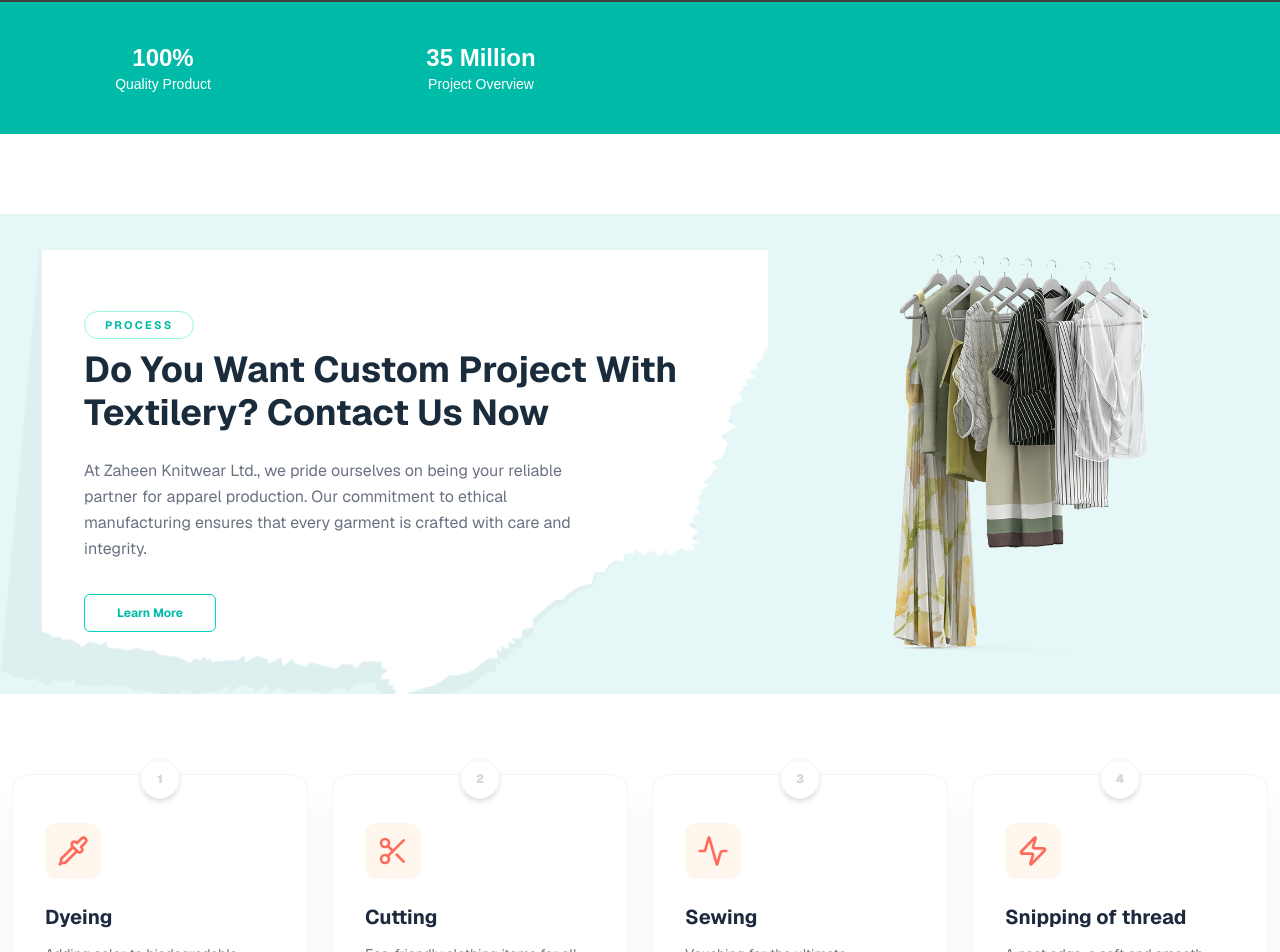
Repository: mdmuhibullahhabib/fullstack-assessment
Page: /
The author's editor kept a copy of each file at every save. The page is drawn from the files as they stood at one save, then again after a run of saves.
The browser window is 1280 px wide. The pictures show the part of the page from y = 576 to 1528 px (the page is 3025 px tall before and 3305 px after).
Pictures or frames that could not be fetched are drawn as grey boxes. The project was rebuilt for these pictures with package versions that can differ from the ones it lists, and the page was loaded fresh each time. The framework's server and built-in components were replaced by stand-ins that run in the browser. Also part of the build but not shown: next.config.mjs.

Above is the page before, as saved 2025-12-27 10:29:04.

### src/app/layout.js
import { Geist, Geist_Mono } from "next/font/google";
import "./globals.css";
import Navbar from "@/components/shared/Navbar";
import Footer from "@/components/shared/Footer";

const geistSans = Geist({
  variable: "--font-geist-sans",
  subsets: ["latin"],
});

const geistMono = Geist_Mono({
  variable: "--font-geist-mono",
  subsets: ["latin"],
});

export const metadata = {
  title: "Create Next App",
  description: "Generated by create next app",
};

export default function RootLayout({ children }) {
  return (
    <html lang="en">
      <body
        className={`${geistSans.variable} ${geistMono.variable} antialiased`}
      >
        <Navbar/>
        {children}
        <Footer/>
      </body>
    </html>
  );
}

### src/app/page.js
import Apparel from "@/components/home/Apparel";
import CustomProcess from "@/components/home/CustomProcess";
import Hero from "@/components/home/hero";
import Stats from "@/components/home/Stats";


export default function Home() {
  return (
    <>
      <Hero />
      <Stats />
      <CustomProcess />
      <Apparel />
    </>
  );
}

### src/components/shared/Navbar.jsx
"use client";

import Link from "next/link";
import { Menu, X, ShoppingCart, User } from "lucide-react";
import { useState } from "react";

export default function Navbar() {
  const [open, setOpen] = useState(false);

  return (
    <header className="w-full">
      {/* ===== Top Bar ===== */}
      <div className="bg-teal-500 text-white text-sm">
        <div className="max-w-7xl mx-auto flex justify-between items-center px-4 py-2">
          <p>📍 Kashimpur, Gazipur Sadar / Gazipur</p>
          <div className="flex items-center gap-4">
            <span>📞 +880 01713-027875</span>
            <div className="flex gap-2">
              <span>f</span>
              <span>x</span>
              <span>▶</span>
              <span>📷</span>
            </div>
          </div>
        </div>
      </div>

      {/* ===== Main Navbar ===== */}
      <div className="bg-white shadow">
        <div className="max-w-7xl mx-auto flex items-center justify-between px-4 py-4">

          {/* Logo */}
          <Link href="/" className="flex items-center gap-2">
            <div className="w-10 h-10 bg-green-500 rounded flex items-center justify-center text-white font-bold">
              Z
            </div>
            <span className="font-bold text-lg text-gray-800">
              Company
            </span>
          </Link>

          {/* Desktop Menu */}
          <nav className="hidden md:flex items-center gap-8 text-gray-700 font-medium">
            <Link href="/">Home</Link>
            <Link href="/about">About Us</Link>
            <Link href="/services">Our Services</Link>
            <Link href="/products">Our Products</Link>
            <Link href="/blogs">Blogs</Link>
          </nav>

          {/* Right Actions */}
          <div className="hidden md:flex items-center gap-4">
            <ShoppingCart className="cursor-pointer" />
            <div className="w-8 h-8 bg-red-500 rounded-full flex items-center justify-center text-white">
              M
            </div>
            <Link
              href="/contact"
              className="bg-orange-500 text-white px-4 py-2 rounded"
            >
              Contact Us
            </Link>
          </div>

          {/* Mobile Menu Button */}
          <button
            onClick={() => setOpen(!open)}
            className="md:hidden"
          >
            {open ? <X /> : <Menu />}
          </button>
        </div>

        {/* ===== Mobile Menu ===== */}
        {open && (
          <div className="md:hidden bg-white border-t">
            <nav className="flex flex-col gap-4 px-4 py-4 text-gray-700">
              <Link href="/">Home</Link>
              <Link href="/about">About Us</Link>
              <Link href="/services">Our Services</Link>
              <Link href="/products">Our Products</Link>
              <Link href="/blogs">Blogs</Link>

              <div className="flex items-center gap-4 pt-4">
                <ShoppingCart />
                <User />
                <Link
                  href="/contact"
                  className="bg-orange-500 text-white px-4 py-2 rounded"
                >
                  Contact Us
                </Link>
              </div>
            </nav>
          </div>
        )}
      </div>
    </header>
  );
}

### src/components/shared/Footer.jsx
import Image from "next/image";
import Link from "next/link";

export default function Footer() {
  return (
    <footer className="bg-[#f8f8f8] border-t">
      <div className="max-w-7xl mx-auto px-4 py-12">

        {/* ===== Top Section ===== */}
        <div className="grid grid-cols-1 md:grid-cols-4 gap-10">

          {/* Logo & Contact */}
          <div className="space-y-4">
            <div className="flex items-center gap-3">
              <Image src="/logo.png" alt="logo" width={48} height={48} />
              <Image src="/logo2.png" alt="logo2" width={48} height={48} />
            </div>

            <p className="text-sm text-gray-600 flex gap-2">
              📍 29 SE 2nd Ave, Miami, FL 33131, United States
            </p>
            <p className="text-sm text-gray-600">
              ✉ info@zaheen.com
            </p>
            <p className="text-sm font-semibold">
              📞 (+92) 3942 7879
            </p>
          </div>

          {/* Pages */}
          <div>
            <h4 className="font-semibold mb-4 uppercase text-sm">Pages</h4>
            <ul className="space-y-2 text-sm text-gray-600">
              <li><Link href="#">About Us</Link></li>
              <li><Link href="#">Our Services</Link></li>
              <li><Link href="#">Our Products</Link></li>
            </ul>
          </div>

          {/* Information */}
          <div>
            <h4 className="font-semibold mb-4 uppercase text-sm">Information</h4>
            <ul className="space-y-2 text-sm text-gray-600">
              <li><Link href="#">My Account</Link></li>
              <li><Link href="#">Corporate Enquiries</Link></li>
              <li><Link href="#">FAQs</Link></li>
            </ul>
          </div>
        </div>

        {/* ===== Payment Channels (SAME ROW STYLE) ===== */}
        <div className="mt-10">
          <h4 className="font-semibold text-sm mb-4">PAYMENT CHANNELS</h4>

          <div className="flex flex-wrap gap-3">
            {[
              "visa",
              "mastercard",
              "amex",
              "bKash",
              "nagad",
              "rocket",
              "upay",
              "tap",
              "citybank",
              "bracbank",
              "easternbank",
              "standardchartered",
            ].map((logo) => (
              <div
                key={logo}
                className="bg-white border rounded-md px-4 py-2 flex items-center justify-center"
              >
                <Image
                  src={`/payments/${logo}.png`}
                  alt={logo}
                  width={48}
                  height={28}
                  className="object-contain"
                />
              </div>
            ))}
          </div>
        </div>

        {/* ===== Bottom Bar ===== */}
        <div className="border-t mt-10 pt-6 flex flex-col md:flex-row justify-between items-center gap-4 text-sm text-gray-600">

          <p>
            Copyright ©{" "}
            <span className="text-orange-500 font-medium">
              360D Soul Limited
            </span>{" "}
            2025. All rights reserved.
          </p>

          <div className="flex gap-4 text-lg">
            <span>f</span>
            <span>x</span>
            <span>📷</span>
          </div>

          <div className="flex gap-4">
            <Link href="#">Terms & Condition</Link>
            <Link href="#">Privacy & Policy</Link>
            <Link href="#">Refund Policy</Link>
          </div>
        </div>

      </div>
    </footer>
  );
}

### src/components/home/Apparel.jsx
export default function Apparel() {
  const products = [
    {
      name: "Denim Jacket",
      price: "$10.00",
      img: "https://images.unsplash.com/photo-1520975916090-3105956dac38",
    },
    {
      name: "Hoodie",
      price: "$12.00",
      img: "https://images.unsplash.com/photo-1520974735194-6c9c0c13ed3d",
    },
    {
      name: "T-Shirt",
      price: "$8.00",
      img: "https://images.unsplash.com/photo-1583743814966-8936f5b7be1a",
    },
  ];

  return (
    <section className="bg-gray-50 py-16">
      <div className="max-w-7xl mx-auto px-4">
        <h2 className="text-2xl font-bold mb-8">Our Apparels</h2>

        <div className="grid sm:grid-cols-2 md:grid-cols-3 gap-6">
          {products.map((p, i) => (
            <div key={i} className="bg-white border rounded overflow-hidden">
              <img src={p.img} className="h-56 w-full object-cover" />
              <div className="p-4">
                <h3 className="font-semibold">{p.name}</h3>
                <p className="text-sm text-gray-600">{p.price}</p>
                <button className="mt-3 w-full bg-teal-500 text-white py-2 rounded">
                  Add to Cart
                </button>
              </div>
            </div>
          ))}
        </div>
      </div>
    </section>
  );
}

### src/components/home/CustomProcess.jsx
"use client"
import Image from "next/image";
import { Scissors, Pipette, Zap, Activity, Repeat, ClipboardCheck, Box } from "lucide-react";
import bgImage from "../../../public/home/ProcessImage-1.png";
import rightImage from "../../../public/home/ProcessImage-2.png";

export default function CustomProcess() {
    const steps = [
        { number: 1, title: "Dyeing", desc: "Adding color to biodegradable materials.", icon: <Pipette className="w-8 h-8 text-[#FF6B5B]" /> },
        { number: 2, title: "Cutting", desc: "Eco-friendly clothing items for all shapes and sizes.", icon: <Scissors className="w-8 h-8 text-[#FF6B5B]" /> },
        { number: 3, title: "Sewing", desc: "Vouching for the ultimate sturdiness and durability of the fabric.", icon: <Activity className="w-8 h-8 text-[#FF6B5B]" /> },
        { number: 4, title: "Snipping of thread", desc: "A neat edge, a soft and smooth finish.", icon: <Zap className="w-8 h-8 text-[#FF6B5B]" /> },
        { number: 5, title: "Ironing", desc: "Ironing it before shipping.", icon: <Repeat className="w-8 h-8 text-[#FF6B5B]" /> },
        { number: 6, title: "Checking", desc: "Going through each clothing piece to ensure supreme quality standards are met.", icon: <ClipboardCheck className="w-8 h-8 text-[#FF6B5B]" /> },
        { number: 7, title: "Package", desc: "Folding and packing with the utmost care.", icon: <Box className="w-8 h-8 text-[#FF6B5B]" /> },
    ];

    return (
        <section className="bg-white py-20  font-sans">
            <div className=" mx-auto">

                {/* ===== TOP SECTION ===== */}
                <div className="relative bg-[#E6F7F8] overflow-hidden flex flex-col md:flex-row items-stretch mb-20 ">

                    {/* Left Content Box (White with bgImage and Torn Edge) */}
                    <div
                        className="relative w-full md:w-[60%] p-10 mt-9 md:pl-5 md:p-1 flex flex-col justify-center items-start "
                        style={{
                            backgroundImage: `url(${bgImage.src})`,
                            backgroundSize: "cover",
                            backgroundPosition: "center",
                        }}
                    >
                        <div
                        className="ml-16"
                        >
                            <div className="mb-3">
                                <span className="px-5 py-1.5 rounded-full border border-teal-200 text-teal-500 text-[11px] font-bold uppercase tracking-[0.2em]">
                                    Process
                                </span>
                            </div>

                            <h3 className="text-3xl md:text-4xl font-bold text-[#1a2b3c] leading-[1.2] mb-6">
                                Do You Want Custom Project With Textilery? Contact Us Now
                            </h3>

                            <p className="text-gray-500 text-sm md:text-base leading-relaxed max-w-lg mb-8">
                                At Zaheen Knitwear Ltd., we pride ourselves on being your reliable partner for
                                apparel production. Our commitment to ethical manufacturing ensures that
                                every garment is crafted with care and integrity.
                            </p>

                            <button className="border-[1.5px] border-teal-400 text-teal-500 px-8 py-2.5 rounded-md font-bold text-xs hover:bg-teal-500 hover:text-white transition-all">
                                Learn More
                            </button>
                        </div>
                    </div>

                    {/* Right Content (Image of hanging clothes) */}
                    <div className="w-full md:w-[40%] relative flex items-center justify-center py-10">
                        <div className="relative w-[85%] h-[400px]">
                            <Image
                                src={rightImage}
                                alt="Clothing Preview"
                                fill
                                className="object-contain"
                                priority
                            />
                        </div>
                    </div>
                </div>

                {/* ===== PROCESS STEPS GRID ===== */}
                <div className="flex flex-wrap justify-center gap-6">
                    {steps.map((step, index) => (
                        <div
                            key={step.number}
                            className={`
                relative bg-white p-8 pt-12 rounded-2xl shadow-[0_15px_40px_-15px_rgba(0,0,0,0.1)]
                border border-gray-100 flex flex-col items-start transition-all hover:-translate-y-2
                w-full sm:w-[calc(50%-1.5rem)] lg:w-[calc(25%-1.5rem)]
                ${index >= 4 ? 'lg:translate-y-2' : ''}
              `}
                        >
                            {/* Step Number Circle */}
                            <div className="absolute -top-4 left-1/2 -translate-x-1/2 w-10 h-10 bg-white border border-gray-100 shadow-md rounded-full flex items-center justify-center text-xs font-black text-gray-300">
                                {step.number}
                            </div>

                            <div className="mb-6 bg-orange-50 p-3 rounded-xl">
                                {step.icon}
                            </div>

                            <h3 className="text-xl font-bold text-slate-800 mb-3">
                                {step.title}
                            </h3>
                            <p className="text-[14px] text-gray-500 leading-relaxed">
                                {step.desc}
                            </p>
                        </div>
                    ))}
                </div>

            </div>
        </section>
    );
}

### src/components/home/hero.jsx
export default function Hero() {
  return (
    <section className="relative bg-black text-white">
      <img
        src="https://images.unsplash.com/photo-1520975916090-3105956dac38"
        className="absolute inset-0 w-full h-full object-cover opacity-40"
      />

      <div className="relative max-w-7xl mx-auto px-4 py-28 grid md:grid-cols-2 gap-10">
        <div>
          <p className="text-sm uppercase mb-3 text-teal-400">
            Textile & Garments
          </p>
          <h1 className="text-4xl md:text-5xl font-bold mb-5">
            High-Quality Garments. <br /> Ethically Made.
          </h1>
          <p className="text-gray-300 mb-6">
            We manufacture premium garments using ethical and sustainable
            practices.
          </p>

          <div className="flex gap-4">
            <button className="bg-orange-500 px-6 py-3 rounded">
              Explore
            </button>
            <button className="border px-6 py-3 rounded">
              Contact Us
            </button>
          </div>
        </div>
      </div>
    </section>
  );
}

### src/components/home/Stats.jsx
export default function Stats() {
  const stats = [
    { title: "Quality Product", value: "100%" },
    { title: "Project Overview", value: "35 Million" },
  ];

  return (
    <section className="bg-teal-500 text-white">
      <div className="max-w-7xl mx-auto px-4 py-10 grid grid-cols-2 md:grid-cols-4 gap-6 text-center">
        {stats.map((s, i) => (
          <div key={i}>
            <h3 className="text-2xl font-bold">{s.value}</h3>
            <p className="text-sm">{s.title}</p>
          </div>
        ))}
      </div>
    </section>
  );
}

Loaded but not shown: src/app/globals.css (common file)

After the next 2 saves:
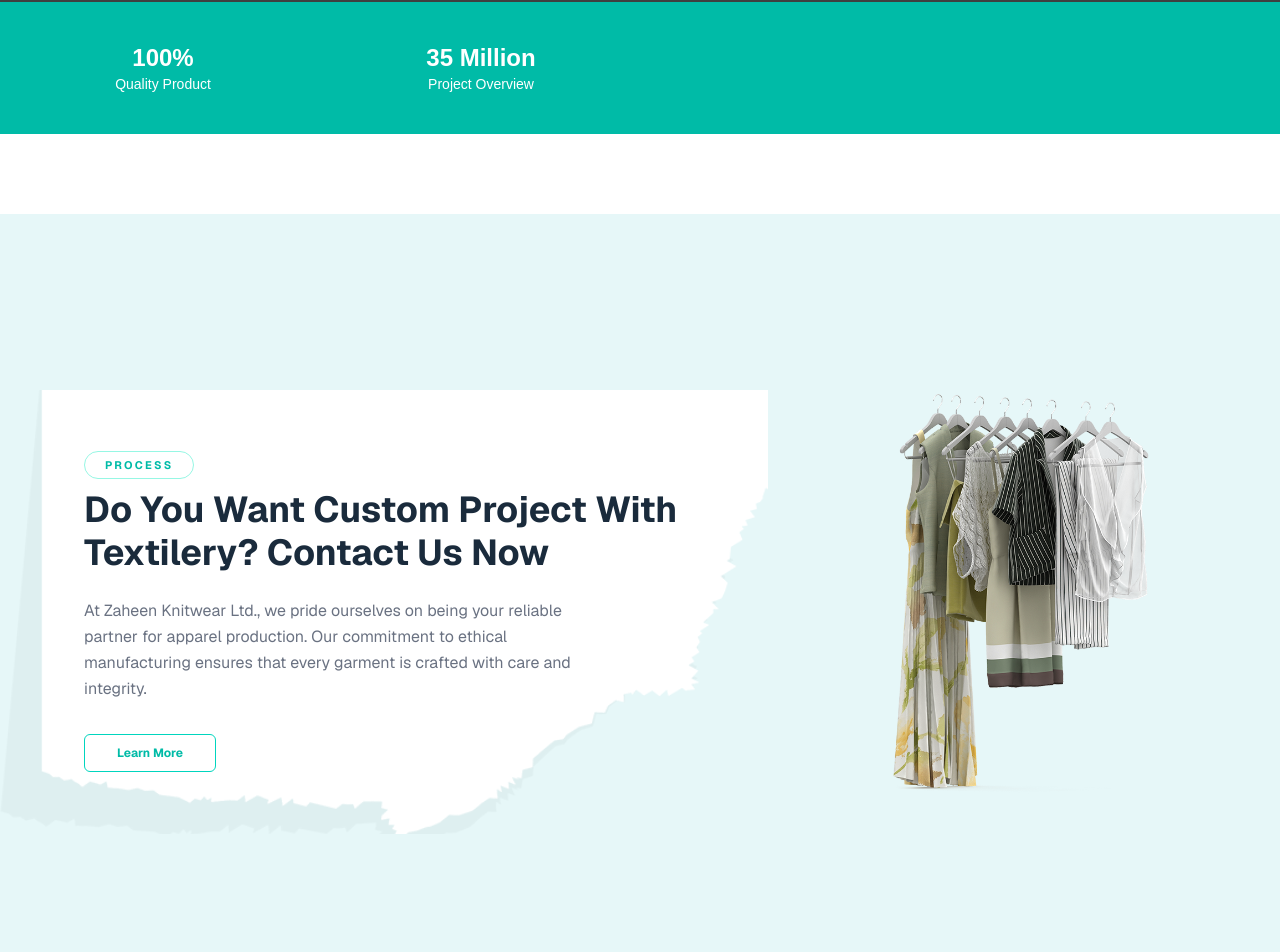
The 2 saves are shown as one change because they came seconds apart.
The last was saved 8 s later.
--- a/src/components/home/CustomProcess.jsx
+++ b/src/components/home/CustomProcess.jsx
@@ -20,7 +20,7 @@
             <div className=" mx-auto">
 
                 {/* ===== TOP SECTION ===== */}
-                <div className="relative bg-[#E6F7F8] overflow-hidden flex flex-col md:flex-row items-stretch mb-20 ">
+                <div className="relative bg-[#E6F7F8] overflow-hidden flex flex-col md:py-[140px]  md:flex-row items-stretch mb-20 ">
 
                     {/* Left Content Box (White with bgImage and Torn Edge) */}
                     <div
